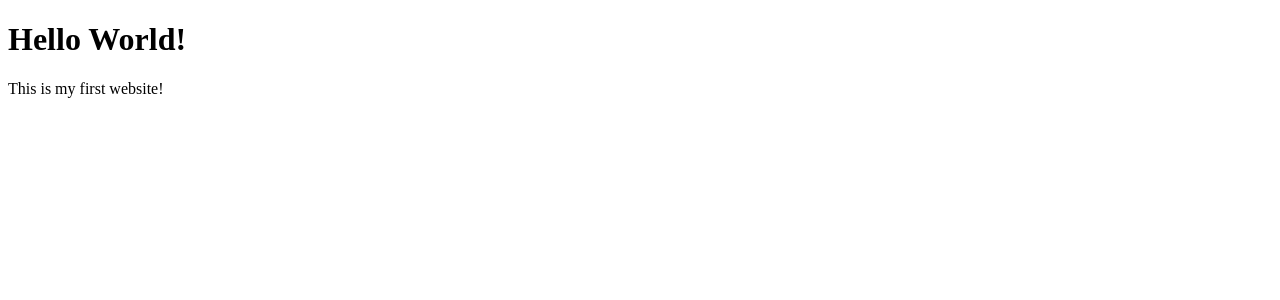
Repository: Brittany-Westlund/WebDesign
Page: Assignment1/index.html
An editor plug-in stored every save of this project. The page is shown before and after the next save, followed by the edit.
The browser window is 1280 px wide. The pictures show the whole page.

Above is the page before, as saved 2025-05-14 22:23:26.

### Assignment1/index.html
<!DOCTYPE html>
<html>
    <head>
        <!-- Define the character set used: -->
        <meta charset="UTF-8">
        <!-- Provide a description of your page: -->
        <meta name="description" content="A short description...">
        <!-- Provide the author information for the page: -->
        <meta name="author" content="Your Name">
        <style>
            .text-container {
                border: 10pt;
                padding: 1em;
                margin: 1em;
                text-align: center;
            }
        </style>
    </head>
    <body>

        <div class=".text-container">
            <h1>Hello World!</h1>
            <p>This is my first website!</p>
        </div>




    </body>
</html>

After the next save:
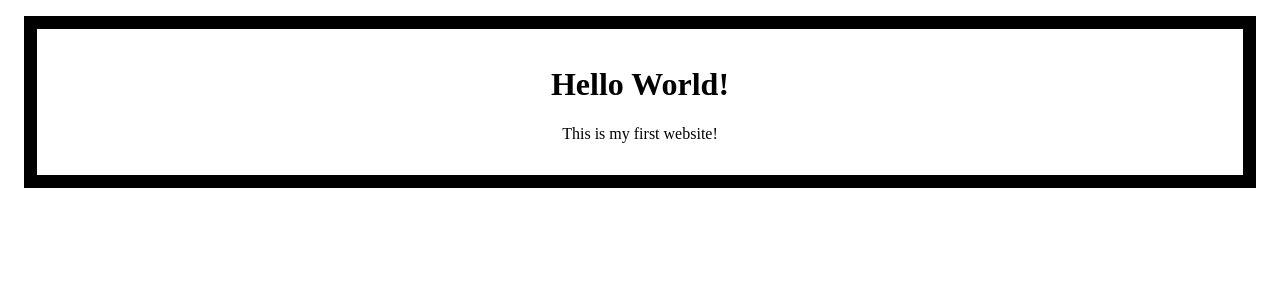
Saved 64 s later.
--- a/Assignment1/index.html
+++ b/Assignment1/index.html
@@ -9,7 +9,7 @@
         <meta name="author" content="Your Name">
         <style>
             .text-container {
-                border: 10pt;
+                border: 10pt solid black;
                 padding: 1em;
                 margin: 1em;
                 text-align: center;
@@ -18,7 +18,7 @@
     </head>
     <body>
 
-        <div class=".text-container">
+        <div class="text-container">
             <h1>Hello World!</h1>
             <p>This is my first website!</p>
         </div>
